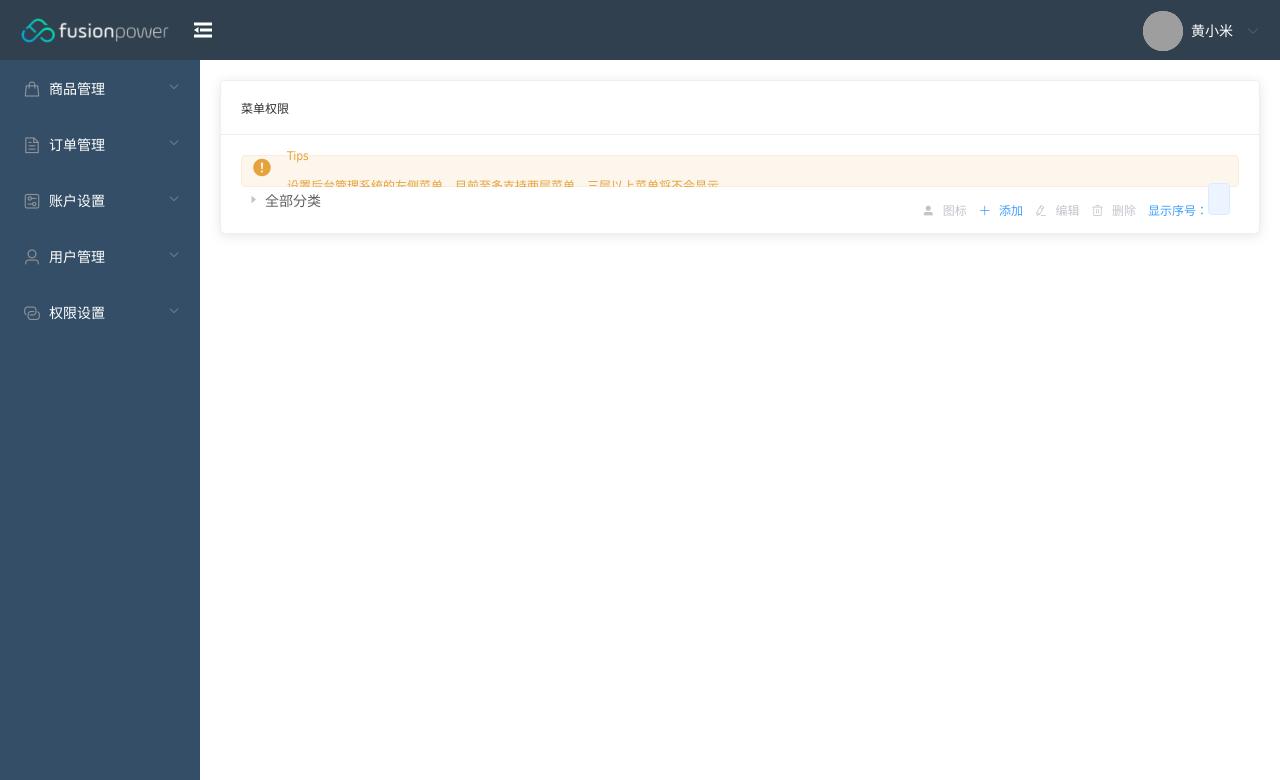
Repository: HanNing-cyber/vue-cms-project
Page: /#/auth/menu
The author's editor kept a copy of each file at every save. The page is drawn from the files as they stood at one save, then again after the next save.
The browser window is 1280 px wide. The pictures show the whole page.
Pictures or frames that could not be fetched are drawn as grey boxes. The project was rebuilt for these pictures with package versions that can differ from the ones it lists, and the page was loaded fresh each time. Also part of the build but not shown: vue.config.js, src/views/Login.vue, src/views/Register.vue.

Above is the page before, as saved 2020-05-06 00:34:41.

After the next save:
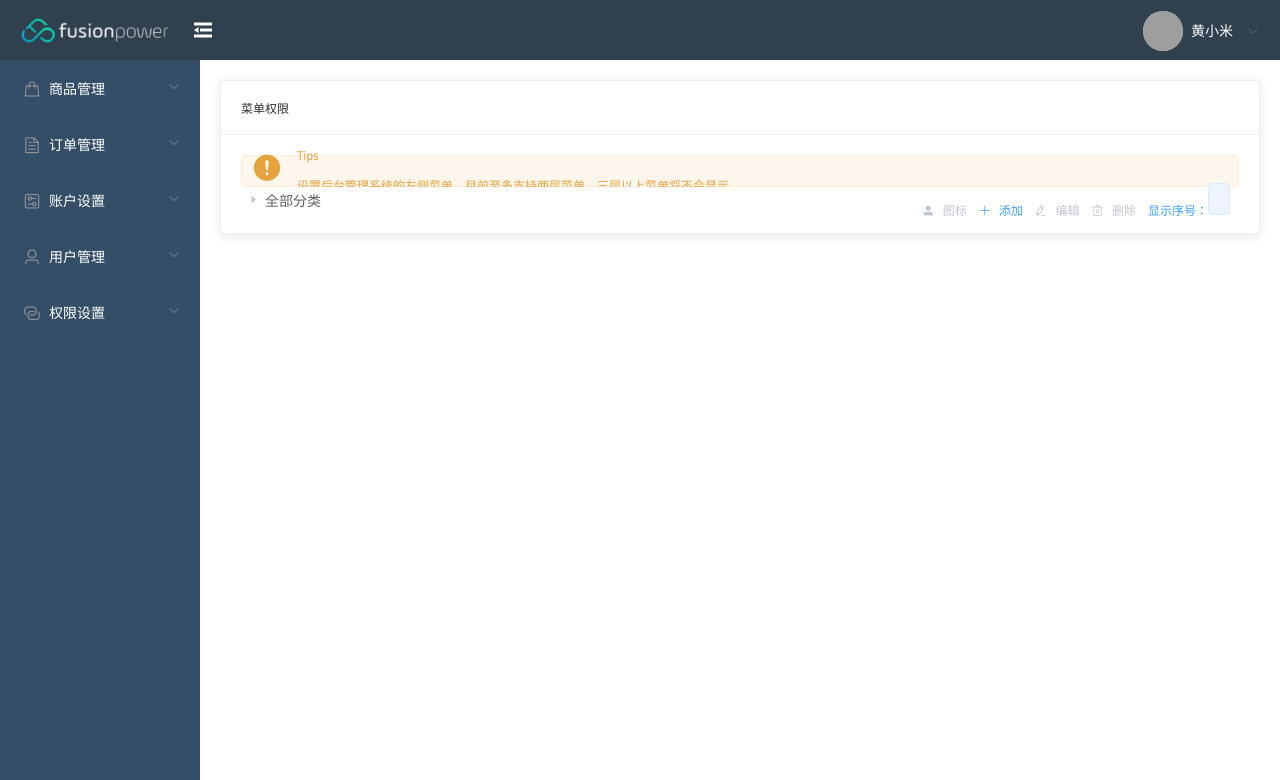
Saved 17 s later.
--- a/src/views/Auth/Menu.vue
+++ b/src/views/Auth/Menu.vue
@@ -7,7 +7,7 @@
 			<!-- <el-tree :data="data" :props="defaultProps" @node-click="handleNodeClick"></el-tree> -->
 			<div class="custom-tree-container">
 				<el-tag type="warning" class="tip-tag">
-					<div class="left-tip"><i class="el-icon-warning" style="fontSize:20px"></i></div>
+					<div class="left-tip"><i class="el-icon-warning" style="fontSize:30px"></i></div>
 					<div class="right-tip">
 						<div>Tips</div>
 						<div>设置后台管理系统的左侧菜单，目前至多支持两层菜单，三层以上菜单将不会显示。</div>
